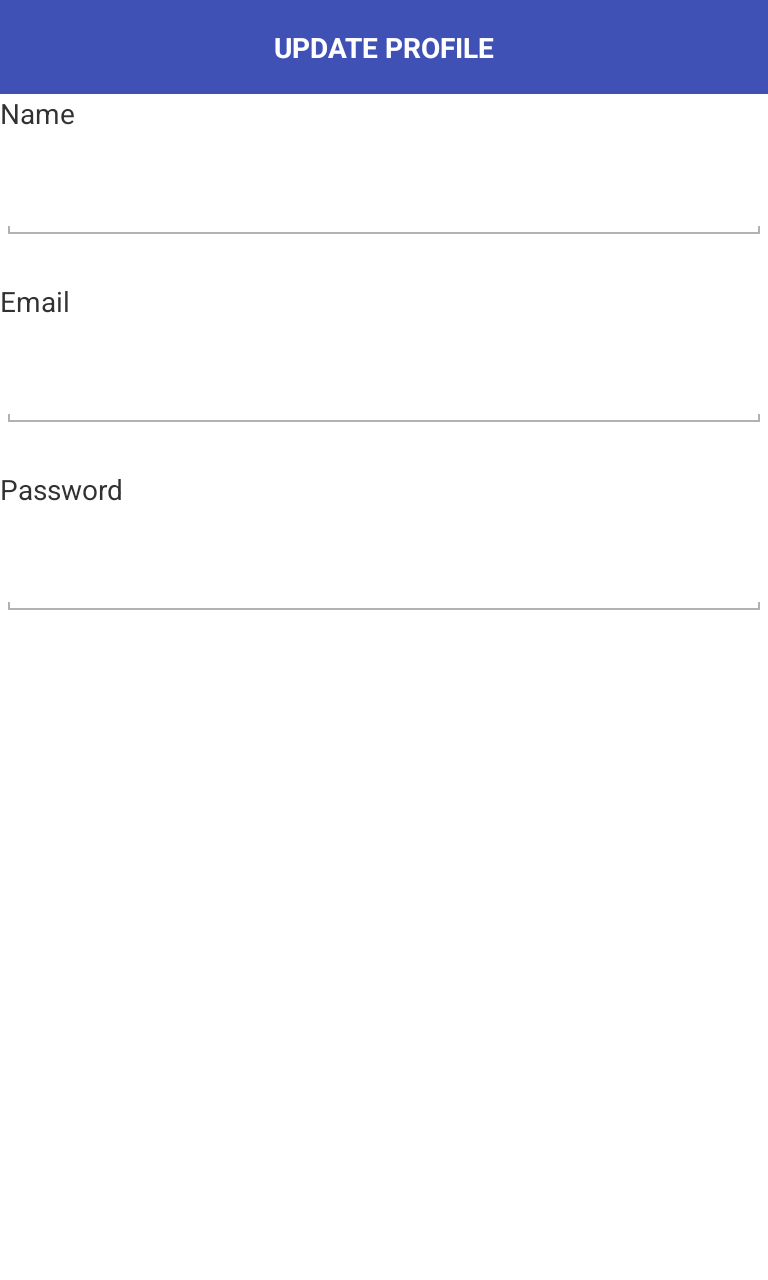
Repository: Harshil737/Career-Launcher
Layout: CareerLauncher/res/layout/item_profile_update.xml
An editor plug-in stored every save of this project. The layout is shown before and after the next save, followed by the edit.
It is drawn on a 768 x 1280 px phone screen (xhdpi) without system bars, with theme AppTheme; the app's code is not run.

Above is the layout before, as saved 2017-11-05 13:15:59.

After the next save:
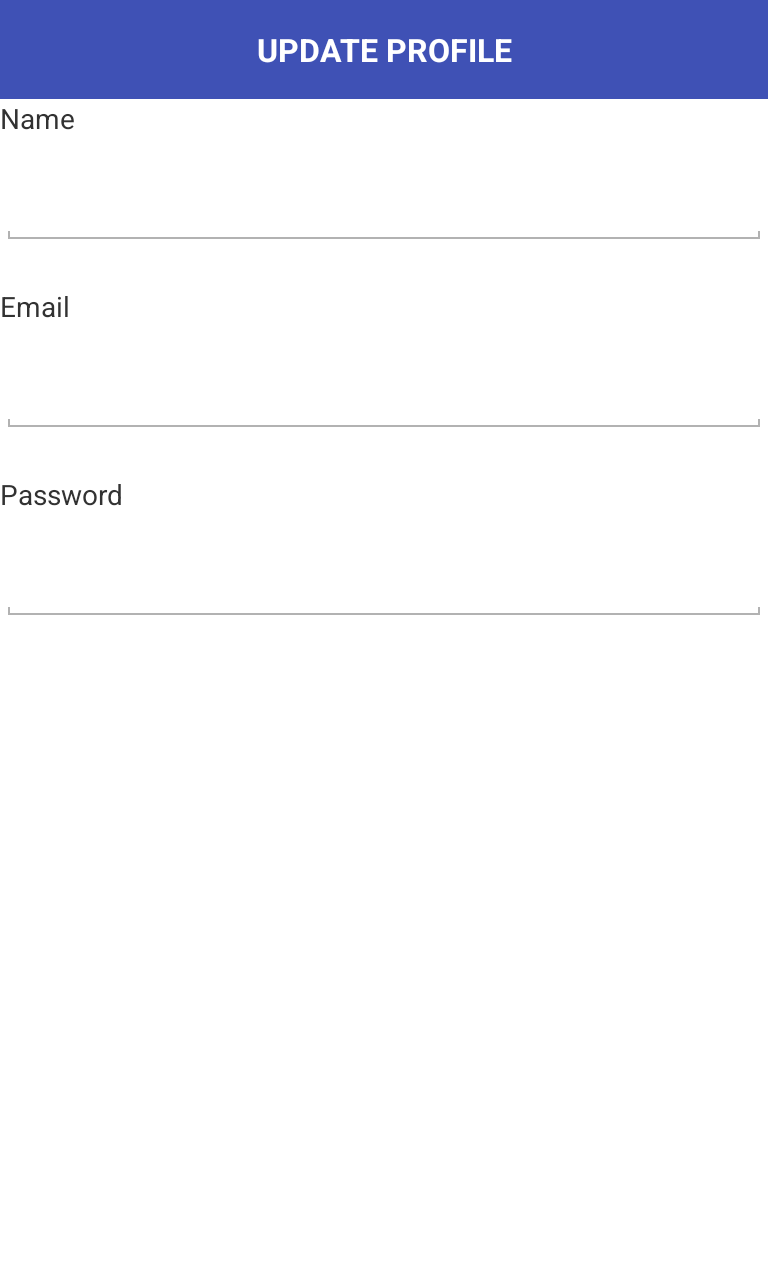
Saved 6 s later.
--- a/CareerLauncher/res/layout/item_profile_update.xml
+++ b/CareerLauncher/res/layout/item_profile_update.xml
@@ -12,6 +12,7 @@
         android:padding="14dp"
         android:text="UPDATE PROFILE"
         android:textColor="@color/colorWhite"
+        android:textSize="16sp"
         android:textStyle="bold" />
 
     <TextView
